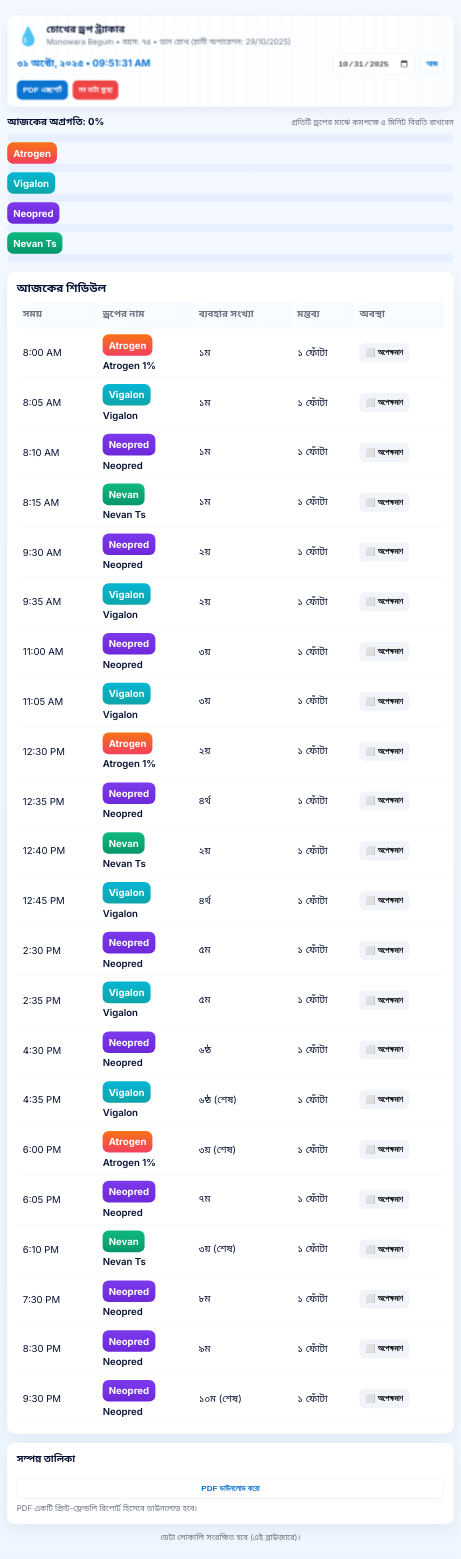
Repository: naimuddin1190/EyeDrop-Tracker
Page: index.html
An editor plug-in stored every save of this project. The page is shown before and after the next save, followed by the edit.
The browser window is 768 px wide. The pictures show the whole page, at 60% of full size.

Above is the page before, as saved 2025-10-31 10:10:51.

### index.html
<!doctype html>
<html lang="bn">
<head>
  <meta charset="utf-8" />
  <meta name="viewport" content="width=device-width,initial-scale=1" />
  <title>চোখের ড্রপ ট্র্যাকার — Monowara Begum</title>

  <!-- Fonts -->
  <link href="https://fonts.googleapis.com/css2?family=Inter:wght@400;600;700&family=Noto+Sans+Bengali:wght@400;600&display=swap" rel="stylesheet">

  <!-- Styles -->
  <link rel="stylesheet" href="styles.css">

  <!-- html2pdf -->
  <script src="https://unpkg.com/html2pdf.js@0.9.3/dist/html2pdf.bundle.min.js"></script>
</head>
<body>
  <div class="app">
    <header class="topbar">
      <div class="brand">
        <div class="logo">💧</div>
        <div>
          <div class="title">চোখের ড্রপ ট্র্যাকার</div>
          <div class="subtitle">Monowara Begum • বয়স: ৭৫ • ডান চোখ (চানী অপারেশন: 29/10/2025)</div>
        </div>
      </div>

      <div class="top-center">
        <div class="live-time" id="liveTime">—:—</div>
        <div class="date-controls">
          <input type="date" id="viewDate">
          <button id="todayBtn" class="btn ghost">আজ</button>
        </div>
      </div>

      <div class="top-right">
        <button id="exportPdf" class="btn">PDF এক্সপোর্ট</button>
        <button id="clearAll" class="btn danger">সব ডাটা মুছো</button>
      </div>
    </header>

    <!-- Overall progress -->
    <section class="progress-wrap">
      <div class="progress-info">
        <div id="progressText">আজকের অগ্রগতি: 0%</div>
        <div class="small-note">প্রতিটি ড্রপের মাঝে কমপক্ষে ৫ মিনিট বিরতি রাখবেন</div>
      </div>
      <div class="progress-bar-bg">
        <div id="progressBar" class="progress-bar-fill"></div>
      </div>
    </section>

    <!-- 4 individual medicine progress -->
    <section class="progress-multi">
      <div class="med-progress">
        <span class="med-badge med-atrogen">Atrogen</span>
        <div class="progress-bar-bg small"><div id="prog-atrogen" class="progress-bar-fill"></div></div>
      </div>
      <div class="med-progress">
        <span class="med-badge med-vigalon">Vigalon</span>
        <div class="progress-bar-bg small"><div id="prog-vigalon" class="progress-bar-fill"></div></div>
      </div>
      <div class="med-progress">
        <span class="med-badge med-neopred">Neopred</span>
        <div class="progress-bar-bg small"><div id="prog-neopred" class="progress-bar-fill"></div></div>
      </div>
      <div class="med-progress">
        <span class="med-badge med-nevan">Nevan Ts</span>
        <div class="progress-bar-bg small"><div id="prog-nevan" class="progress-bar-fill"></div></div>
      </div>
    </section>

    <!-- Main area -->
    <main class="content">
      <section class="card schedule-card">
        <h3>আজকের শিডিউল</h3>
        <div class="table-wrap">
          <table id="scheduleTable" class="schedule-table">
            <thead>
              <tr>
                <th>সময়</th>
                <th>ড্রপের নাম</th>
                <th>ব্যবহার সংখ্যা</th>
                <th>মন্তব্য</th>
                <th>অবস্থা</th>
              </tr>
            </thead>
            <tbody id="scheduleBody"></tbody>
          </table>
        </div>
      </section>

      <aside class="card side-card">
        <h4>সম্পন্ন তালিকা</h4>
        <ul id="completedList" class="completed-list"></ul>
        <div class="side-actions">
          <button id="exportPdfManual" class="btn ghost">PDF ডাউনলোড করো</button>
          <div class="small-note">PDF একটি প্রিন্ট-ফ্রেন্ডলি রিপোর্ট হিসেবে ডাউনলোড হবে।</div>
        </div>
      </aside>
    </main>

    <div id="pdfContainer" style="display:none;"></div>
    <footer class="footer">ডেটা লোকালি সংরক্ষিত হবে (এই ব্রাউজারে)।</footer>
  </div>

  <script src="app.js"></script>
</body>
</html>

### styles.css
/* styles.css — professional, eye-catching, mobile-first */
:root{
  --bg:#f6fbff;
  --card:#ffffff;
  --accent:#0b74d1;
  --accent-2:#7c3aed;
  --muted:#6b7280;
  --green:#10b981;
  --danger:#ef4444;
  --glass: rgba(255,255,255,0.6);
}

*{box-sizing:border-box}
body{
  margin:0;
  font-family: "Inter", "Noto Sans Bengali", system-ui, -apple-system, "Segoe UI", Roboto, Arial;
  background: linear-gradient(180deg, #f3f9ff 0%, #eef6ff 100%);
  color: #071233;
  -webkit-font-smoothing:antialiased;
  -moz-osx-font-smoothing:grayscale;
}

/* App container */
.app{max-width:1100px;margin:14px auto;padding:12px;}

/* Topbar */
.topbar{
  position:sticky; top:10px; z-index:30;
  display:flex; align-items:center; justify-content:space-between;
  gap:12px; padding:12px 16px; border-radius:12px;
  background: linear-gradient(90deg, rgba(255,255,255,0.85), rgba(255,255,255,0.7));
  box-shadow: 0 6px 22px rgba(9,30,66,0.08);
  backdrop-filter: blur(6px);
}

.brand{display:flex;gap:12px;align-items:center}
.logo{font-size:30px}
.title{font-weight:700;font-size:16px}
.subtitle{font-size:13px;color:var(--muted)}

.top-center{display:flex;flex-direction:column;align-items:center;gap:6px}
.live-time{font-weight:700;font-size:16px;color:var(--accent)}
.date-controls{display:flex;gap:8px;align-items:center}
.date-controls input[type="date"]{padding:8px;border-radius:8px;border:1px solid #e6eef7}
.btn{background:var(--accent);color:#fff;padding:8px 10px;border-radius:8px;border:0;cursor:pointer;font-weight:600}
.btn.ghost{background:transparent;color:var(--accent);border:1px solid rgba(11,116,209,0.12)}
.btn.danger{background:var(--danger)}
.top-right{display:flex;gap:8px;align-items:center}

/* Progress */
.progress-wrap{margin-top:14px;display:flex;flex-direction:column;gap:8px}
.progress-info{display:flex;justify-content:space-between;align-items:center;gap:12px}
.progress-info #progressText{font-weight:700}
.small-note{color:var(--muted);font-size:13px}
.progress-bar-bg{height:14px;background:#e6f0ff;border-radius:12px;overflow:hidden}
.progress-bar-fill{height:100%;width:0%;background:linear-gradient(90deg,var(--accent),var(--accent-2));transition:width 400ms cubic-bezier(.2,.9,.3,1)}

/* Content layout */
.content{display:grid;grid-template-columns:1fr 340px;gap:16px;margin-top:16px}
.card{background:var(--card);padding:16px;border-radius:12px;box-shadow:0 8px 28px rgba(13,27,65,0.06)}
.schedule-card h3{margin:0 0 8px 0}
.side-card h4{margin:0 0 8px 0}

/* Table styles */
.table-wrap{overflow:auto}
.schedule-table{width:100%;border-collapse:collapse;min-width:560px}
.schedule-table thead th{
  text-align:left;padding:10px;border-bottom:1px solid #eef4ff;color:var(--muted);font-weight:700;background:linear-gradient(90deg,#fbfdff,#f6fbff)
}
.schedule-table tbody td{padding:10px;border-bottom:1px solid #f1f7ff;vertical-align:middle}

/* medicine color badges - left column style */
.med-badge{
  display:inline-flex;align-items:center;gap:10px;padding:8px 10px;border-radius:10px;color:#fff;font-weight:700;
}
.med-atrogen{background: linear-gradient(180deg,#f97316,#f43f5e)} /* orange-red */
.med-vigalon{background: linear-gradient(180deg,#06b6d4,#0ea5a9)} /* teal */
.med-neopred{background: linear-gradient(180deg,#7c3aed,#6d28d9)} /* purple */
.med-nevan{background: linear-gradient(180deg,#10b981,#059669)} /* green */

/* mark button */
.mark-btn{padding:8px 10px;border-radius:8px;border:0;cursor:pointer;font-weight:700;background:#f1f5f9}
.mark-btn.done{background:linear-gradient(90deg,#10b981,#34d399);color:white}

/* completed list */
.completed-list{list-style:none;padding:0;margin:8px 0;max-height:300px;overflow:auto}
.completed-list li{background:#f3f9ff;padding:8px;border-radius:8px;margin-bottom:8px;color:#073257;font-weight:600}

/* side actions */
.side-actions{margin-top:12px;display:flex;flex-direction:column;gap:8px}

/* footer */
.footer{text-align:center;color:var(--muted);margin-top:14px;font-size:13px}

/* responsive */
@media (max-width:920px){
  .content{grid-template-columns:1fr; }
  .topbar{flex-direction:column;align-items:stretch;gap:10px}
  .top-center{flex-direction:row;justify-content:space-between}
}

### app.js
/* app.js — সম্পূর্ণ বাংলা UI logic */
/* Features:
   - per-date schedule (select date top)
   - colored med badges
   - save completed items in localStorage keyed by date
   - progress bar
   - auto PDF download when progress reaches 100% (only once per date)
   - manual PDF export button
*/

const scheduleData = [
  ["8:00 AM", "Atrogen 1%", "১ম", "১ ফোঁটা", "atrogen"],
  ["8:05 AM", "Vigalon", "১ম", "১ ফোঁটা", "vigalon"],
  ["8:10 AM", "Neopred", "১ম", "১ ফোঁটা", "neopred"],
  ["8:15 AM", "Nevan Ts", "১ম", "১ ফোঁটা", "nevan"],
  ["9:30 AM", "Neopred", "২য়", "১ ফোঁটা", "neopred"],
  ["9:35 AM", "Vigalon", "২য়", "১ ফোঁটা", "vigalon"],
  ["11:00 AM", "Neopred", "৩য়", "১ ফোঁটা", "neopred"],
  ["11:05 AM", "Vigalon", "৩য়", "১ ফোঁটা", "vigalon"],
  ["12:30 PM", "Atrogen 1%", "২য়", "১ ফোঁটা", "atrogen"],
  ["12:35 PM", "Neopred", "৪র্থ", "১ ফোঁটা", "neopred"],
  ["12:40 PM", "Nevan Ts", "২য়", "১ ফোঁটা", "nevan"],
  ["12:45 PM", "Vigalon", "৪র্থ", "১ ফোঁটা", "vigalon"],
  ["2:30 PM", "Neopred", "৫ম", "১ ফোঁটা", "neopred"],
  ["2:35 PM", "Vigalon", "৫ম", "১ ফোঁটা", "vigalon"],
  ["4:30 PM", "Neopred", "৬ষ্ঠ", "১ ফোঁটা", "neopred"],
  ["4:35 PM", "Vigalon", "৬ষ্ঠ (শেষ)", "১ ফোঁটা", "vigalon"],
  ["6:00 PM", "Atrogen 1%", "৩য় (শেষ)", "১ ফোঁটা", "atrogen"],
  ["6:05 PM", "Neopred", "৭ম", "১ ফোঁটা", "neopred"],
  ["6:10 PM", "Nevan Ts", "৩য় (শেষ)", "১ ফোঁটা", "nevan"],
  ["7:30 PM", "Neopred", "৮ম", "১ ফোঁটা", "neopred"],
  ["8:30 PM", "Neopred", "৯ম", "১ ফোঁটা", "neopred"],
  ["9:30 PM", "Neopred", "১০ম (শেষ)", "১ ফোঁটা", "neopred"]
];

// element refs
const scheduleBody = document.getElementById('scheduleBody');
const completedList = document.getElementById('completedList');
const progressBar = document.getElementById('progressBar');
const progressText = document.getElementById('progressText');
const viewDate = document.getElementById('viewDate');
const todayBtn = document.getElementById('todayBtn');
const liveTime = document.getElementById('liveTime');
const exportPdfBtn = document.getElementById('exportPdf');
const exportPdfManual = document.getElementById('exportPdfManual');
const clearAll = document.getElementById('clearAll');
const pdfContainer = document.getElementById('pdfContainer');

const TOTAL = scheduleData.length;

// init date picker to today
function isoToday(d = new Date()){
  return new Date(d.getTime() - d.getTimezoneOffset()*60000).toISOString().slice(0,10);
}
viewDate.value = isoToday();

// live clock
function updateClock(){
  const now = new Date();
  const t = now.toLocaleTimeString([], {hour:'2-digit', minute:'2-digit', second:'2-digit'});
  const d = now.toLocaleDateString('bn-BD', {year:'numeric', month:'short', day:'numeric'});
  liveTime.textContent = `${d}  •  ${t}`;
}
setInterval(updateClock,1000);
updateClock();

// storage helpers (per date)
function keyFor(dateStr){ return 'eyedrop_'+dateStr; }
function exportedKey(dateStr){ return 'eyedrop_exported_'+dateStr; }

function loadDay(dateStr){
  const raw = localStorage.getItem(keyFor(dateStr));
  if(!raw){
    // initialize with not-taken flags
    const obj = scheduleData.map((row, idx)=>({
      idx,
      time: row[0],
      med: row[1],
      count: row[2],
      note: row[3],
      tag: row[4],
      taken: false,
      ts: null
    }));
    localStorage.setItem(keyFor(dateStr), JSON.stringify(obj));
    return obj;
  }
  return JSON.parse(raw);
}
function saveDay(dateStr, arr){
  localStorage.setItem(keyFor(dateStr), JSON.stringify(arr));
}

// render
function render(){
  const dateStr = viewDate.value;
  const day = loadDay(dateStr);
  scheduleBody.innerHTML = '';
  completedList.innerHTML = '';

  day.forEach(item => {
    const tr = document.createElement('tr');
    // left cells: time, med (with color)
    const medBadge = `<span class="med-badge ${medClass(item.tag)}">${item.med.split(' ')[0]}</span>`;
    tr.innerHTML = `
      <td>${item.time}</td>
      <td>${medBadge} <div style="font-weight:600;margin-top:6px">${item.med}</div></td>
      <td>${item.count}</td>
      <td>${item.note}</td>
      <td><button class="mark-btn ${item.taken ? 'done' : ''}" data-idx="${item.idx}">${item.taken ? '✅ সম্পন্ন' : '⬜ অপেক্ষমাণ'}</button></td>
    `;
    scheduleBody.appendChild(tr);

    if(item.taken){
      const li = document.createElement('li');
      li.textContent = `${item.time} — ${item.med} (${item.count})`;
      completedList.appendChild(li);
    }
  });

  // attach handlers
  document.querySelectorAll('.mark-btn').forEach(btn=>{
    btn.addEventListener('click', ()=>{
      const idx = parseInt(btn.dataset.idx, 10);
      toggleTaken(dateStr, idx);
    });
  });

  updateProgressUI(day);
}

// map tag -> css class
function medClass(tag){
  switch(tag){
    case 'atrogen': return 'med-atrogen';
    case 'vigalon': return 'med-vigalon';
    case 'neopred': return 'med-neopred';
    case 'nevan': return 'med-nevan';
    default: return '';
  }
}

// toggle taken flag
function toggleTaken(dateStr, idx){
  const day = loadDay(dateStr);
  const item = day.find(it=>it.idx===idx);
  if(!item) return;
  item.taken = !item.taken;
  item.ts = item.taken? new Date().toISOString() : null;
  saveDay(dateStr, day);
  render();
  // if 100% and not exported, call autoExport
  checkAutoExport(dateStr);
}

// update progress
function updateProgressUI(day){
  const done = day.filter(d=>d.taken).length;
  const percent = Math.round((done / TOTAL) * 100);
  progressBar.style.width = percent + '%';
  progressText.textContent = `আজকের অগ্রগতি: ${percent}%`;
}

// auto-export once per date when reaches 100%
function checkAutoExport(dateStr){
  const day = loadDay(dateStr);
  const done = day.filter(d=>d.taken).length;
  if(done === TOTAL){
    // check exported flag
    const already = localStorage.getItem(exportedKey(dateStr));
    if(!already){
      // generate PDF automatically and mark exported
      generatePDF(dateStr, true);
      localStorage.setItem(exportedKey(dateStr), new Date().toISOString());
    }
  }
}

// generate printable HTML and call html2pdf
function generatePDF(dateStr, auto=false){
  const day = loadDay(dateStr);
  // build html for pdfContainer
  const patientHeading = `<h2 style="margin:0 0 6px 0">চোখের ড্রপ রিপোর্ট — Monowara Begum</h2>
    <div style="font-size:14px;color:#333;margin-bottom:6px">তারিখ: ${dateStr} • রোগীর বয়স: 75 • ডান চোখ (চানি অপারেশন: 29/10/2025)</div>
    <hr style="border:none;border-top:1px solid #eee;margin:8px 0">`;

  let tableHtml = `<table style="width:100%;border-collapse:collapse;font-size:14px">
    <thead><tr><th style="text-align:left;padding:6px;border-bottom:1px solid #ddd">সময়</th>
    <th style="text-align:left;padding:6px;border-bottom:1px solid #ddd">ড্রপ</th>
    <th style="padding:6px;border-bottom:1px solid #ddd">স্ট্যাটাস</th></tr></thead><tbody>`;

  day.forEach(it=>{
    tableHtml += `<tr>
      <td style="padding:6px;border-bottom:1px solid #f2f2f2">${it.time}</td>
      <td style="padding:6px;border-bottom:1px solid #f2f2f2">${it.med} (${it.count})</td>
      <td style="padding:6px;border-bottom:1px solid #f2f2f2">${it.taken ? 'নেওয়া — ' + (it.ts? new Date(it.ts).toLocaleTimeString(): '') : 'বাকি'}</td>
    </tr>`;
  });

  tableHtml += `</tbody></table>`;

  pdfContainer.innerHTML = `<div style="padding:18px;font-family:Inter, 'Noto Sans Bengali'">${patientHeading}${tableHtml}</div>`;
  const element = pdfContainer;

  // file name
  const fileName = `EyeDrop_${dateStr}_MonowaraBegum.pdf`;

  // html2pdf options
  const opt = {
    margin: 10,
    filename: fileName,
    image: { type: 'jpeg', quality: 0.98 },
    html2canvas: { scale: 2 },
    jsPDF: { unit: 'mm', format: 'a4', orientation: 'portrait' }
  };

  // generate and save
  html2pdf().set(opt).from(element).save().then(()=>{
    if(auto){
      // show subtle alert
      alert('অভিনন্দন! আজকের সব ডোজ সম্পন্ন হয়েছে — PDF ডাউনলোড করা হয়েছে।');
    }
  });
}

// handlers: top buttons
todayBtn.addEventListener('click', ()=>{
  viewDate.value = isoToday();
  render();
});

viewDate.addEventListener('change', ()=>{ render(); });

exportPdfBtn.addEventListener('click', ()=>{
  generatePDF(viewDate.value, false);
});

exportPdfManual.addEventListener('click', ()=>{
  generatePDF(viewDate.value, false);
});

// clear all data (confirm)
clearAll.addEventListener('click', ()=>{
  if(confirm('এই ব্রাউজারের সব EyeDrop ডাটা মুছে ফেলতে চাও? (পুরো অ্যাপের সব ডেটা মুছে যাবে)')){
    // remove keys starting with eyedrop_
    Object.keys(localStorage).forEach(k=>{
      if(k.startsWith('eyedrop_')) localStorage.removeItem(k);
    });
    render();
    alert('সব ডাটা ফাঁকা করা হয়েছে।');
  }
});

// initial render and check
render();
checkAutoExport(viewDate.value);

// accessibility: keyboard quick mark (numbers)
document.addEventListener('keydown',(e)=>{
  if(e.key>='1' && e.key<='9'){
    const day = loadDay(viewDate.value);
    const notTaken = day.filter(d=>!d.taken);
    const idx = parseInt(e.key,10)-1;
    if(notTaken[idx]) {
      notTaken[idx].taken = true;
      notTaken[idx].ts = new Date().toISOString();
      saveDay(viewDate.value, day);
      render();
      checkAutoExport(viewDate.value);
    }
  }
});

After the next save:
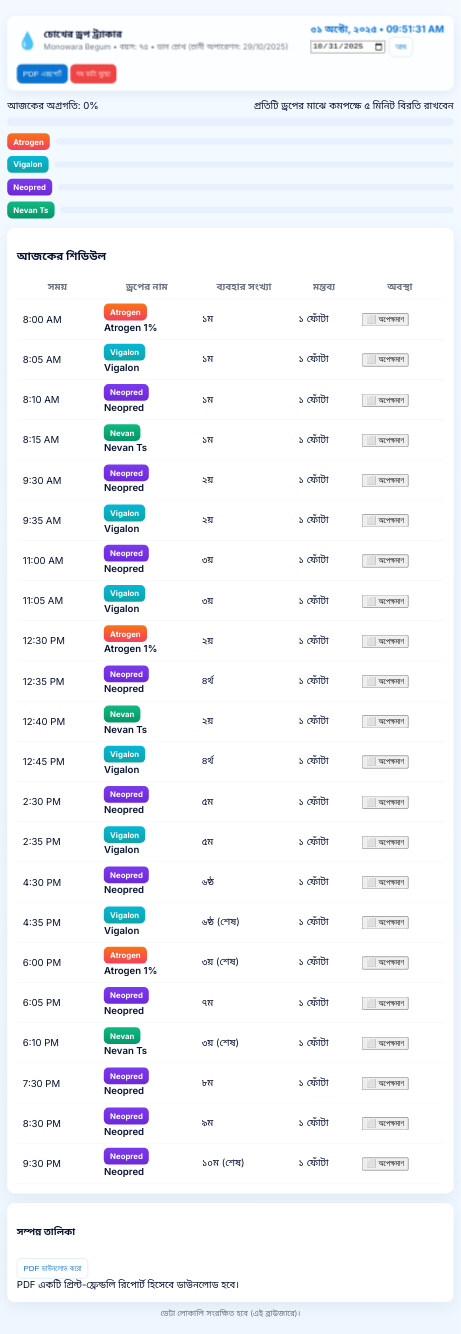
Saved 20 s later.
--- a/styles.css
+++ b/styles.css
@@ -1,4 +1,3 @@
-/* styles.css — professional, eye-catching, mobile-first */
 :root{
   --bg:#f6fbff;
   --card:#ffffff;
@@ -7,94 +6,72 @@
   --muted:#6b7280;
   --green:#10b981;
   --danger:#ef4444;
-  --glass: rgba(255,255,255,0.6);
 }
 
 *{box-sizing:border-box}
 body{
   margin:0;
-  font-family: "Inter", "Noto Sans Bengali", system-ui, -apple-system, "Segoe UI", Roboto, Arial;
-  background: linear-gradient(180deg, #f3f9ff 0%, #eef6ff 100%);
-  color: #071233;
-  -webkit-font-smoothing:antialiased;
-  -moz-osx-font-smoothing:grayscale;
+  font-family:"Inter","Noto Sans Bengali",system-ui;
+  background:linear-gradient(180deg,#f3f9ff 0%,#eef6ff 100%);
+  color:#071233;
 }
 
-/* App container */
+/* Container */
 .app{max-width:1100px;margin:14px auto;padding:12px;}
 
 /* Topbar */
 .topbar{
-  position:sticky; top:10px; z-index:30;
-  display:flex; align-items:center; justify-content:space-between;
-  gap:12px; padding:12px 16px; border-radius:12px;
-  background: linear-gradient(90deg, rgba(255,255,255,0.85), rgba(255,255,255,0.7));
-  box-shadow: 0 6px 22px rgba(9,30,66,0.08);
-  backdrop-filter: blur(6px);
+  display:flex;align-items:center;justify-content:space-between;
+  gap:12px;padding:12px 16px;border-radius:12px;
+  background:rgba(255,255,255,0.8);box-shadow:0 6px 22px rgba(9,30,66,0.08);
+  backdrop-filter:blur(6px);flex-wrap:wrap;
 }
-
-.brand{display:flex;gap:12px;align-items:center}
-.logo{font-size:30px}
+.brand{display:flex;align-items:center;gap:10px}
+.logo{font-size:28px}
 .title{font-weight:700;font-size:16px}
 .subtitle{font-size:13px;color:var(--muted)}
-
-.top-center{display:flex;flex-direction:column;align-items:center;gap:6px}
-.live-time{font-weight:700;font-size:16px;color:var(--accent)}
-.date-controls{display:flex;gap:8px;align-items:center}
-.date-controls input[type="date"]{padding:8px;border-radius:8px;border:1px solid #e6eef7}
-.btn{background:var(--accent);color:#fff;padding:8px 10px;border-radius:8px;border:0;cursor:pointer;font-weight:600}
-.btn.ghost{background:transparent;color:var(--accent);border:1px solid rgba(11,116,209,0.12)}
+.live-time{color:var(--accent);font-weight:700}
+.btn{background:var(--accent);color:#fff;padding:8px 10px;border-radius:8px;border:0;cursor:pointer}
+.btn.ghost{background:transparent;color:var(--accent);border:1px solid rgba(11,116,209,0.2)}
 .btn.danger{background:var(--danger)}
-.top-right{display:flex;gap:8px;align-items:center}
+.date-controls{display:flex;align-items:center;gap:6px}
 
 /* Progress */
 .progress-wrap{margin-top:14px;display:flex;flex-direction:column;gap:8px}
-.progress-info{display:flex;justify-content:space-between;align-items:center;gap:12px}
-.progress-info #progressText{font-weight:700}
-.small-note{color:var(--muted);font-size:13px}
 .progress-bar-bg{height:14px;background:#e6f0ff;border-radius:12px;overflow:hidden}
-.progress-bar-fill{height:100%;width:0%;background:linear-gradient(90deg,var(--accent),var(--accent-2));transition:width 400ms cubic-bezier(.2,.9,.3,1)}
+.progress-bar-fill{height:100%;width:0%;background:linear-gradient(90deg,var(--accent),var(--accent-2));transition:width 400ms ease}
+.progress-info{display:flex;justify-content:space-between;align-items:center}
 
-/* Content layout */
-.content{display:grid;grid-template-columns:1fr 340px;gap:16px;margin-top:16px}
+/* Small individual bars */
+.progress-multi{display:grid;grid-template-columns:1fr 1fr;gap:10px;margin-top:12px;}
+.med-progress{display:flex;align-items:center;gap:10px}
+.progress-bar-bg.small{flex:1;height:10px}
+.med-badge{padding:6px 10px;border-radius:8px;color:#fff;font-weight:700;font-size:13px}
+.med-atrogen{background:linear-gradient(180deg,#f97316,#f43f5e)}
+.med-vigalon{background:linear-gradient(180deg,#06b6d4,#0ea5a9)}
+.med-neopred{background:linear-gradient(180deg,#7c3aed,#6d28d9)}
+.med-nevan{background:linear-gradient(180deg,#10b981,#059669)}
+
+/* Layout */
+.content{display:grid;grid-template-columns:1fr 320px;gap:16px;margin-top:16px}
 .card{background:var(--card);padding:16px;border-radius:12px;box-shadow:0 8px 28px rgba(13,27,65,0.06)}
-.schedule-card h3{margin:0 0 8px 0}
-.side-card h4{margin:0 0 8px 0}
+.table-wrap{overflow:auto}
 
-/* Table styles */
-.table-wrap{overflow:auto}
+/* Table */
 .schedule-table{width:100%;border-collapse:collapse;min-width:560px}
-.schedule-table thead th{
-  text-align:left;padding:10px;border-bottom:1px solid #eef4ff;color:var(--muted);font-weight:700;background:linear-gradient(90deg,#fbfdff,#f6fbff)
+.schedule-table th{padding:8px;border-bottom:1px solid #eef4ff;color:var(--muted)}
+.schedule-table td{padding:10px;border-bottom:1px solid #f1f7ff}
+
+/* Completed list */
+.completed-list{list-style:none;padding:0;margin:0;max-height:300px;overflow:auto}
+.completed-list li{background:#f3f9ff;padding:8px;margin-bottom:6px;border-radius:8px;font-weight:600;color:#073257}
+.side-actions{margin-top:10px}
+
+/* Footer */
+.footer{text-align:center;font-size:13px;color:var(--muted);margin-top:10px}
+
+/* Responsive */
+@media(max-width:900px){
+  .content{grid-template-columns:1fr}
+  .progress-multi{grid-template-columns:1fr}
 }
-.schedule-table tbody td{padding:10px;border-bottom:1px solid #f1f7ff;vertical-align:middle}
-
-/* medicine color badges - left column style */
-.med-badge{
-  display:inline-flex;align-items:center;gap:10px;padding:8px 10px;border-radius:10px;color:#fff;font-weight:700;
-}
-.med-atrogen{background: linear-gradient(180deg,#f97316,#f43f5e)} /* orange-red */
-.med-vigalon{background: linear-gradient(180deg,#06b6d4,#0ea5a9)} /* teal */
-.med-neopred{background: linear-gradient(180deg,#7c3aed,#6d28d9)} /* purple */
-.med-nevan{background: linear-gradient(180deg,#10b981,#059669)} /* green */
-
-/* mark button */
-.mark-btn{padding:8px 10px;border-radius:8px;border:0;cursor:pointer;font-weight:700;background:#f1f5f9}
-.mark-btn.done{background:linear-gradient(90deg,#10b981,#34d399);color:white}
-
-/* completed list */
-.completed-list{list-style:none;padding:0;margin:8px 0;max-height:300px;overflow:auto}
-.completed-list li{background:#f3f9ff;padding:8px;border-radius:8px;margin-bottom:8px;color:#073257;font-weight:600}
-
-/* side actions */
-.side-actions{margin-top:12px;display:flex;flex-direction:column;gap:8px}
-
-/* footer */
-.footer{text-align:center;color:var(--muted);margin-top:14px;font-size:13px}
-
-/* responsive */
-@media (max-width:920px){
-  .content{grid-template-columns:1fr; }
-  .topbar{flex-direction:column;align-items:stretch;gap:10px}
-  .top-center{flex-direction:row;justify-content:space-between}
-}
